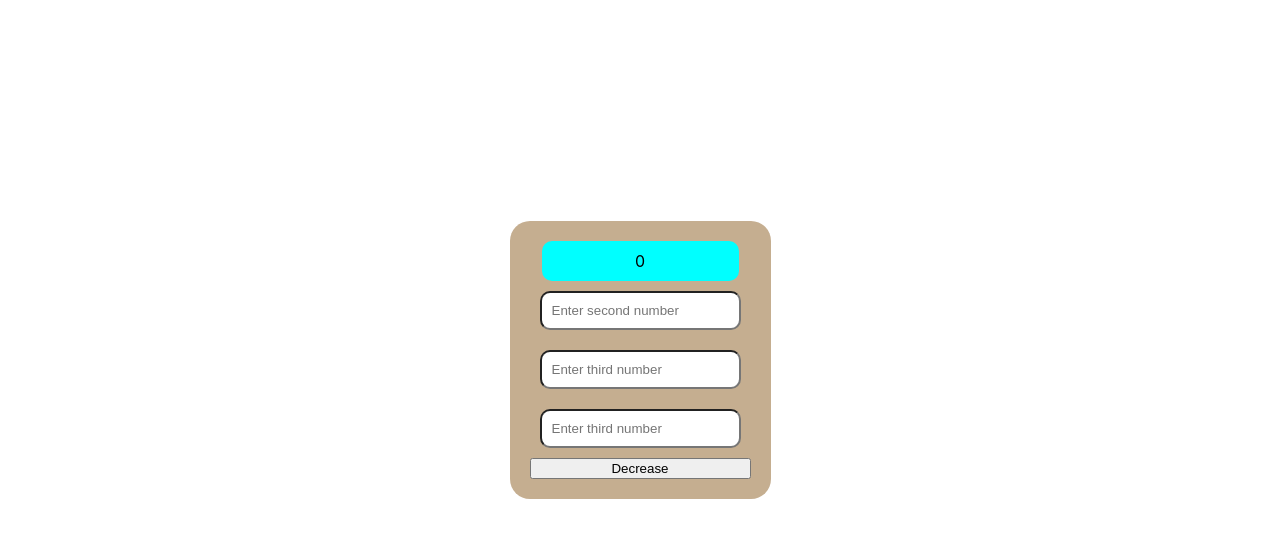
Repository: purnimapatel/SI-calculator
Page: /
An editor plug-in stored every save of this project. The page is shown before and after the next save, followed by the edit.
The browser window is 1280 px wide. The pictures show the whole page.
The project was rebuilt for these pictures with package versions that can differ from the ones it lists, and the page was loaded fresh each time.

Above is the page before, as saved 2024-08-26 11:38:07.

### src/App.jsx
import logo from './logo.svg';
import './App.css';
import { useState } from 'react';

function App() {
  const[rate, setRate]=(useState(''));
  const[principle, setPrinciple]=(useState());
  const[time, setTime]=(useState(''));
  const[res, setRes]=(useState(0));
  return(

    <div className="container">
    <div className="container1">
    <div className="result">
    {res}
    </div>


    <input
        type="number"
        id = "field"
        value={rate}
        onChange={(e) => setRate(Number(e.target.value))}
        placeholder="Enter second number"
      />
      <input
        type="number"
        id="field"
        value={principle}
        onChange={(e) => setPrinciple(Number(e.target.value))}
        placeholder="Enter third number"
      />
      <input
        type="number"
        id = "field"
        value={time}
        onChange={(e) => setTime(Number(e.target.value))}
        placeholder="Enter third number"
      />
    <button className='btn2' onClick={result}>Decrease</button>
    </div>
    </div>

  )
  function result(){

    setRate('');
    setPrinciple('');
    setTime('');
    setRes((rate*principle*time)/100)

}




}


export default App;

### src/App.css
.App {
  text-align: center;

}
.container{
  display: flex;
  justify-content: center;
  align-items:center;
  height:100vh;

}
.container1{

  background-color:rgb(197, 174, 144);
  display:flex;
  text-align: center;
  flex-direction: column;
  justify-content: center;
  height: auto;
  width:auto;
  padding:20px;
  border-radius: 20px;

}
.result{
  display: flex;
  text-align: center;
  justify-content: center;
  margin:0px 12px;
  padding:10px 0px;
  background-color:aqua;
  border-radius:10px;

}
input[type=number]::-webkit-outer-spin-button,
input[type=number]::-webkit-inner-spin-button {
    -webkit-appearance: none;
    margin: 0;
}

/* Remove the spinner in Firefox */
input[type=number] {
    -moz-appearance: textfield;
}
#field{
  margin:10px;
  padding:10px;
  border-radius:10px;
}

Loaded but not shown: public/index.html (common file); src/index.js (common file); src/index.css (common file); src/reportWebVitals.js (common file)

After the next save:
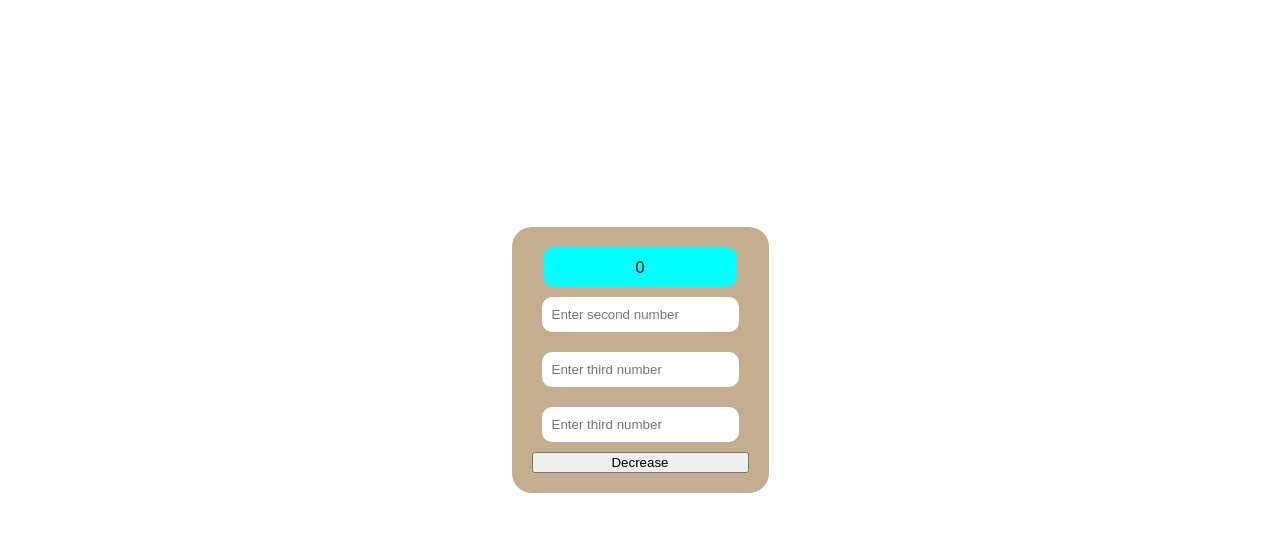
Saved 12 s later.
--- a/src/App.css
+++ b/src/App.css
@@ -46,4 +46,5 @@ input[type=number] {
   margin:10px;
   padding:10px;
   border-radius:10px;
+  border:none;
 }
